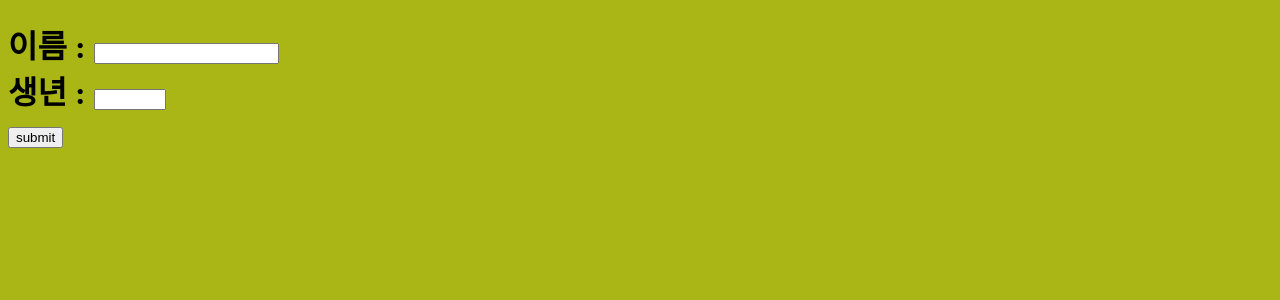
Repository: violetaplum/eclipseJSP
Page: http://localhost/JSP/inputAge2.jsp
The author's editor kept a copy of each file at every save. The page is drawn from the files as they stood at one save, then again after the next save.
The browser window is 1280 px wide. The pictures show the whole page.
The page is served by Tomcat 9.

Above is the page before, as saved 2019-06-05 10:31:42.

After the next save:
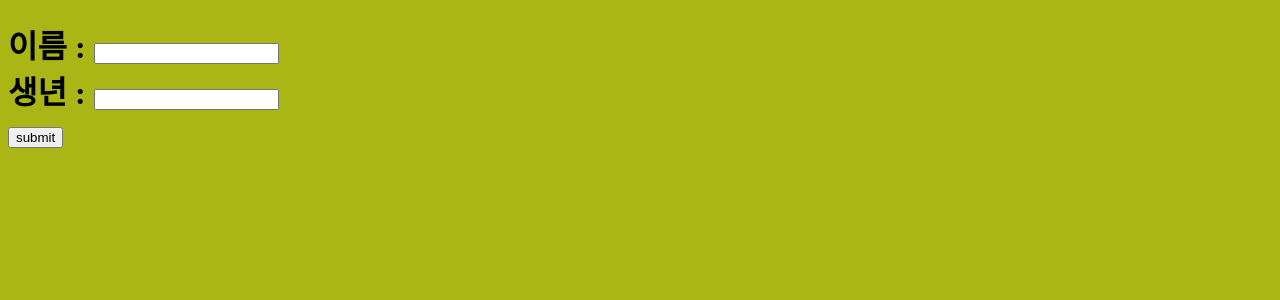
Saved 58 s later.
--- a/JSP/WebContent/inputAge2.jsp
+++ b/JSP/WebContent/inputAge2.jsp
@@ -71,7 +71,7 @@ body
   <form action="./outputAge.jsp" method="get" name="form">
   <h1>
   이름 : <input type="text" name="name" /><br />
-  생년 : <input type="number" name="year" min="1900" max="2099" step="1"/><br />
+  생년 : <input type="number" name="year""/><br />
 <input type="submit" value="submit" onclick="javascript:success()" />
 <%-- 사실 보안에 약간 취약하다 --%>
     </form>
